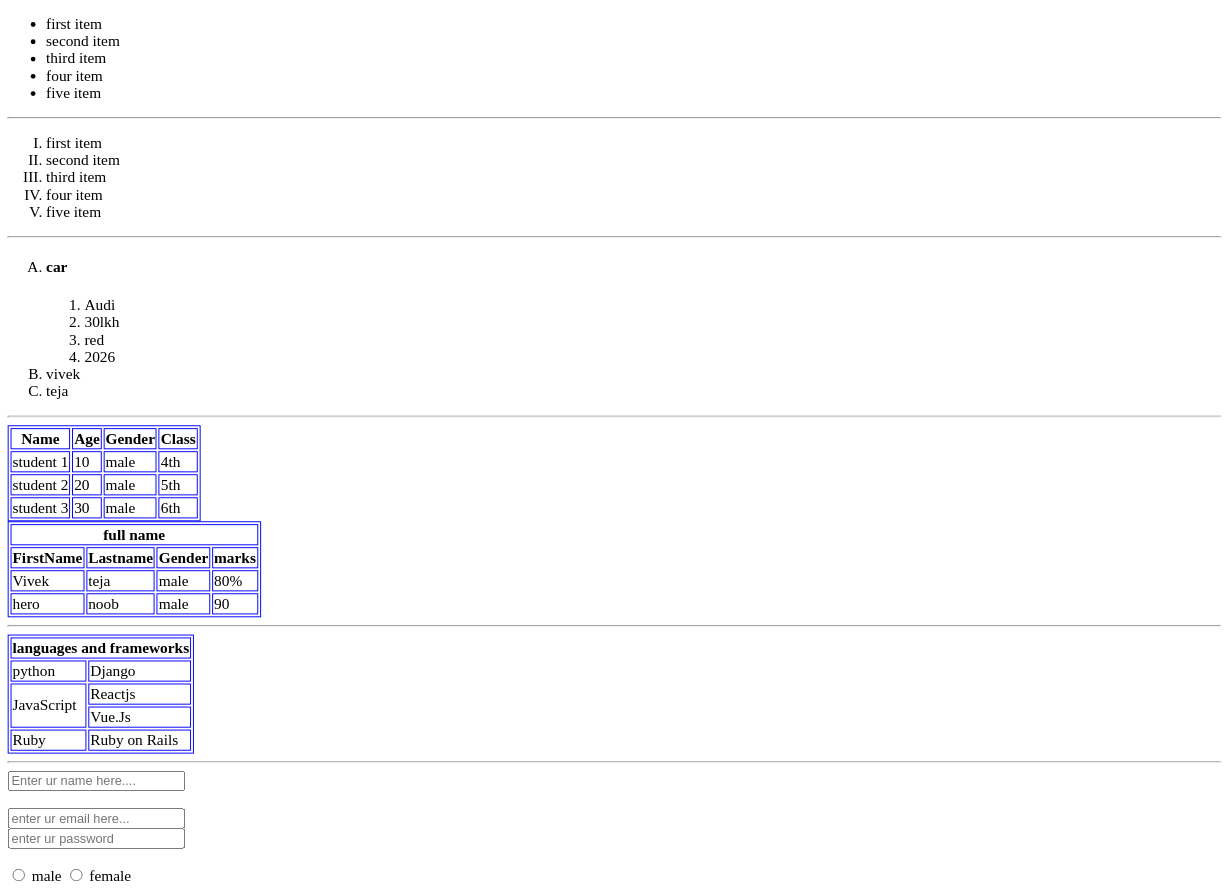
Repository: viveknaidu007/repo-166-Full-Stack-Development-Learning-Notes-Innomatics-2024
Page: module_1-html,css,bootstrap/spet_20_2024/index.html
The author's editor kept a copy of each file at every save. The page is drawn from the files as they stood at one save, then again after the next save.
The browser window is 1280 px wide. The pictures show the whole page, at 96% of full size.

Above is the page before, as saved 2024-09-21 14:28:59.

### module_1-html,css,bootstrap/spet_20_2024/index.html
<!DOCTYPE html>
<html lang="en">
<head>
    <meta charset="UTF-8">
    <meta name="viewport" content="width=device-width, initial-scale=1.0">
    <title>intro</title>
    <style>
        table,th,td{
            border:1px solid blue;
        }
    </style>
</head>
<body>
    <ul>
        <li> first item</li>
        <li> second item</li>
        <li> third item</li>
        <li> four item</li>
        <li> five item</li>
    </ul>

    <hr>

    <ol type="I">
        <li> first item </li>
        <li> second item </li>
        <li> third item </li>
        <li> four item </li>
        <li> five item </li>
    </ol>

    <hr>

    <ol type="A">
        <li>
            <h4> car </h4>
            <ol>
                <li> Audi </li>
                <li> 30lkh </li>
                <li> red </li>
                <li> 2026 </li>
            </ol>
        </li>
        <li> vivek </li>
        <li> teja </li>
    </ol>

    <hr>

    <table>
        <tr>
            <th> Name </th>
            <th> Age </th>
            <th> Gender </th>
            <th> Class </th>
        </tr>

        <tr>
            <td> student 1</td>
            <td> 10 </td>
            <td> male </td>
            <td> 4th</td>
        </tr>

        <tr>
            <td> student 2</td>
            <td> 20 </td>
            <td> male </td>
            <td> 5th</td>
        </tr>

        <tr>
            <td> student 3</td>
            <td> 30 </td>
            <td> male </td>
            <td> 6th </td>
        </tr>


    </table>

    <table>
        <tr>
            <th colspan="4"> full name </th>
        </tr>
        <tr>
            <th> FirstName </th>
            <th> Lastname </th>
            <th> Gender </th>
            <th> marks </th>
        </tr>
        <tr>
            <td>Vivek</td>
            <td>teja</td>
            <td>male</td>
            <td>80%</td>
        </tr>
        <tr>
            <td> hero </td>
            <td> noob </td>
            <td> male </td>
            <td> 90 </td>
        </tr>

    </table>
    <hr>
    <table>
        <tr>
            <th colspan="2"> languages and frameworks </th>
        </tr>
        <tr>
            <td>python</td>
            <td>Django</td>
        </tr>
        <tr>
            <td rowspan="2">JavaScript</td>
            <td>Reactjs</td>
        </tr>
        <tr>
            <td>Vue.Js</td>
        </tr>
        <tr>
            <td>Ruby</td>
            <td>Ruby on Rails</td>
        </tr>
    </table>

    <hr>

    <input type="text" placeholder="Enter ur name here...."/>
    <br>
    <br>
    <input type="email" placeholder="enter ur email here..."/>
    <br>
    <input type="password" placeholder="enter ur password"/>
    <br> <br>
    <input type="radio" name="Gender" id="">
    male
    <input type="radio" name="Gender" id="">
    female
    <br>

</body>
</html>

After the next save:
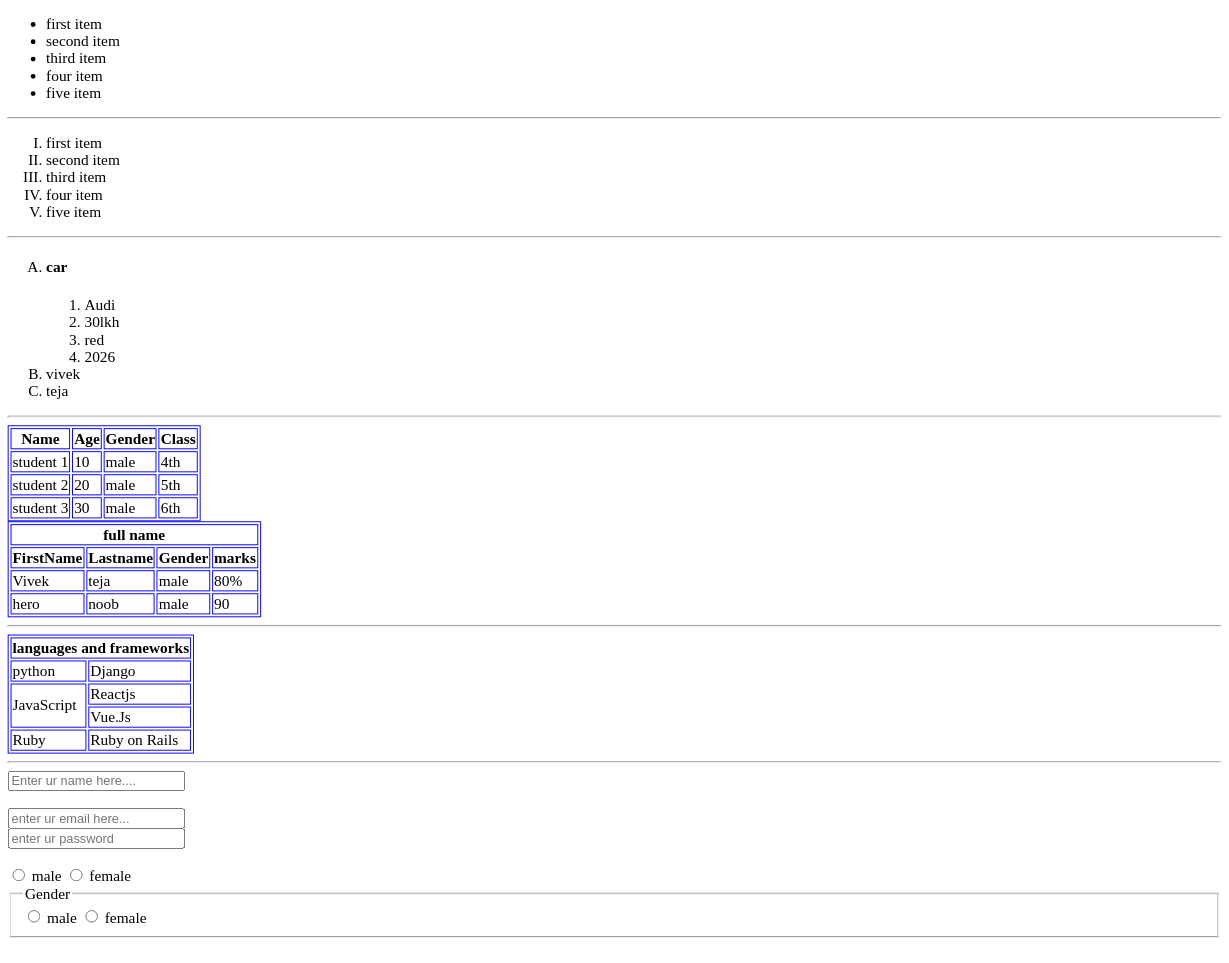
Saved 2 min 24 s later.
--- a/module_1-html,css,bootstrap/spet_20_2024/index.html
+++ b/module_1-html,css,bootstrap/spet_20_2024/index.html
@@ -139,6 +139,13 @@
     <input type="radio" name="Gender" id="">
     female
     <br>
-
+    <fieldset>
+        <legend>Gender</legend>
+        <input type="radio" name="gender" id="" />
+        male
+        <input type="radio" name="gender" id="" />
+        female
+    </fieldset>
+    <br>
 </body>
 </html>
